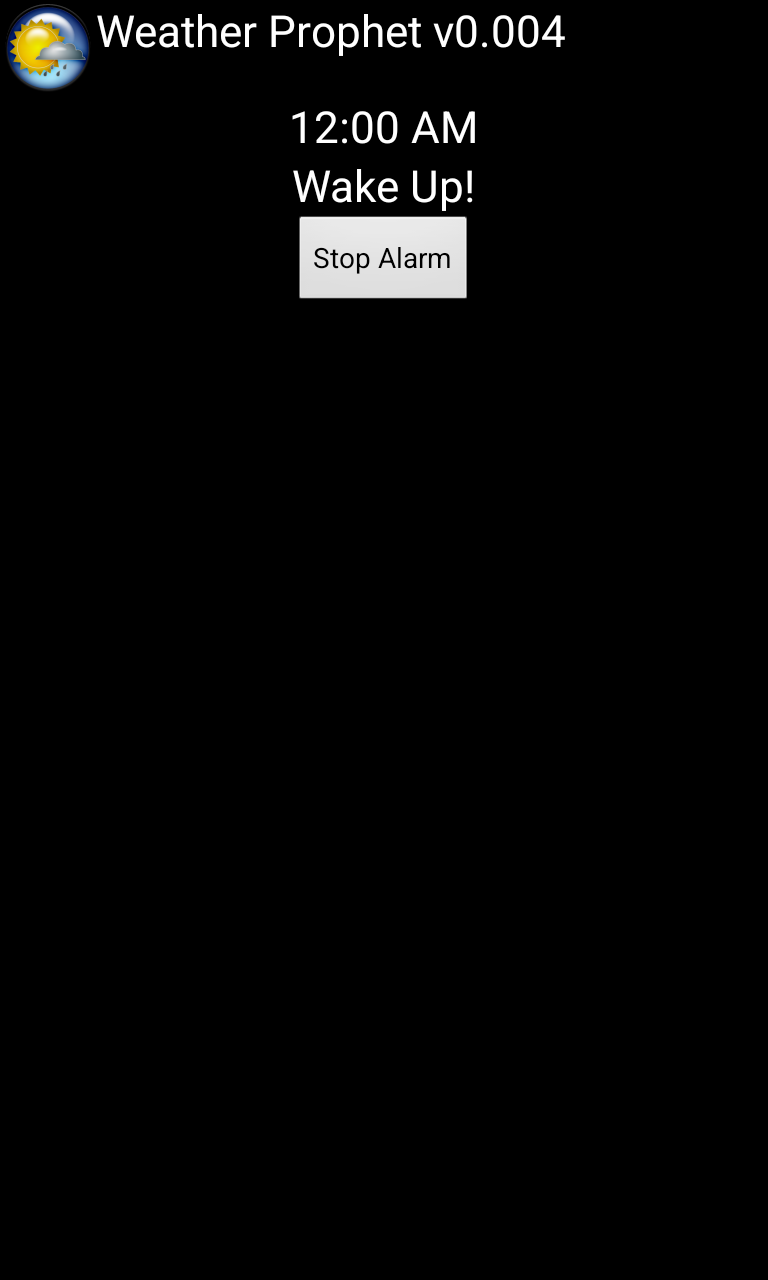
Repository: kaleidos/Weather-Prophet
Layout: android/WeatherProphet/res/layout/showalarm.xml
An editor plug-in stored every save of this project. The layout is shown before and after the next save, followed by the edit.
It is drawn on a 768 x 1280 px phone screen (xhdpi) without system bars, with theme android:Theme; the app's code is not run.

Above is the layout before, as saved 2011-12-15 16:57:14.

After the next save:
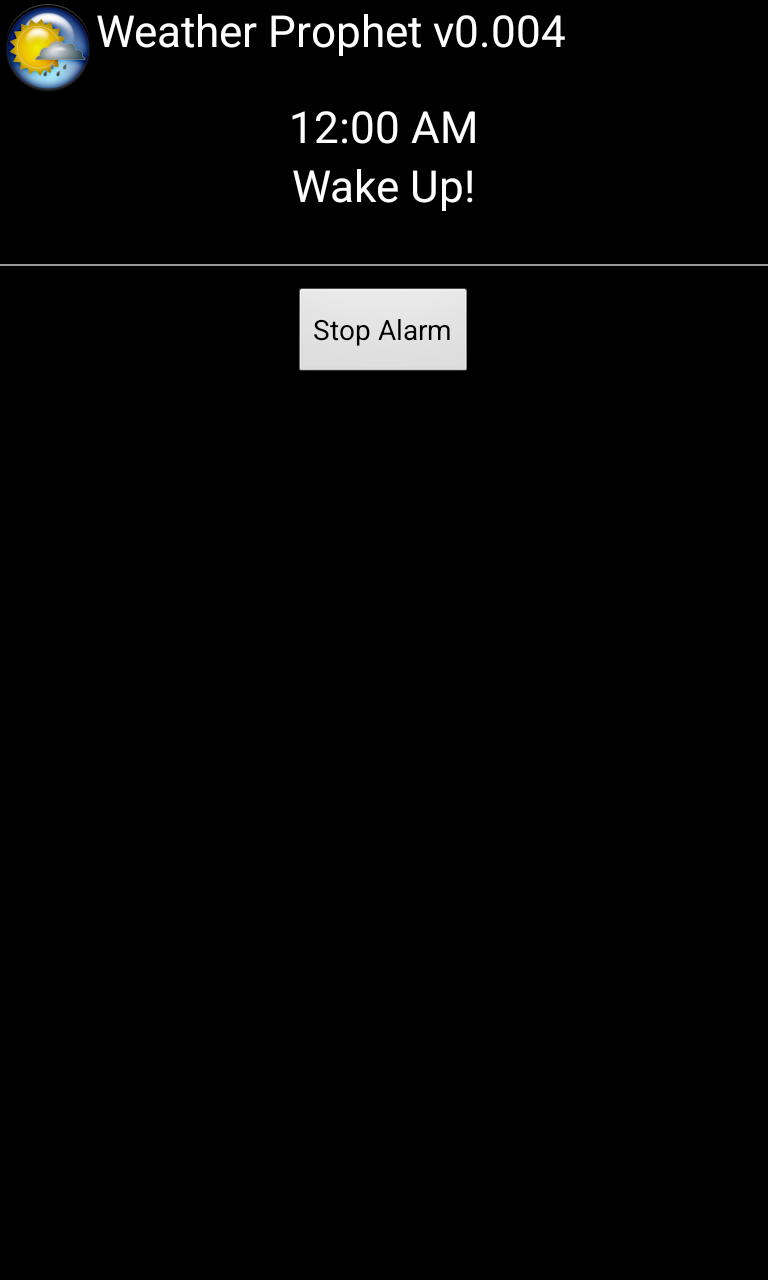
Saved 62 s later.
--- a/android/WeatherProphet/res/layout/showalarm.xml
+++ b/android/WeatherProphet/res/layout/showalarm.xml
@@ -6,32 +6,30 @@
     android:orientation="vertical" >
 
     <LinearLayout
+        android:layout_width="fill_parent"
+        android:layout_height="wrap_content"
+        android:gravity="fill_horizontal" >
+
+        <ImageView
+            android:id="@+id/imageView1"
+            android:layout_width="wrap_content"
+            android:layout_height="wrap_content"
+            android:src="@drawable/ic_weather_prophet"
+            android:textAppearance="?android:attr/textAppearanceMedium" />
+
+        <TextView
             android:layout_width="fill_parent"
             android:layout_height="wrap_content"
-            android:gravity="fill_horizontal" >
-
-            <ImageView
-                android:id="@+id/imageView1"
-                android:layout_width="wrap_content"
-                android:layout_height="wrap_content"
-                android:src="@drawable/ic_weather_prophet"
-                android:textAppearance="?android:attr/textAppearanceMedium" />
-
-            <TextView
-                android:layout_width="fill_parent"
-                android:layout_height="wrap_content"
-                android:text="@string/hello"
-                android:textAppearance="?android:attr/textAppearanceLarge" />
-        </LinearLayout>
+            android:text="@string/hello"
+            android:textAppearance="?android:attr/textAppearanceLarge" />
+    </LinearLayout>
 
     <DigitalClock
         android:id="@+id/digitalClock1"
         android:layout_width="wrap_content"
         android:layout_height="wrap_content"
         android:text="DigitalClock"
-        android:textAppearance="?android:attr/textAppearanceLarge"/>
-
-
+        android:textAppearance="?android:attr/textAppearanceLarge" />
 
     <TextView
         android:id="@+id/textView1"
@@ -39,12 +37,20 @@
         android:layout_height="wrap_content"
         android:text="@string/wake_up"
         android:textAppearance="?android:attr/textAppearanceLarge" />
+
+    <ImageView
+        android:id="@+id/imageView1"
+        android:layout_width="fill_parent"
+        android:layout_height="1dp"
+        android:layout_marginBottom="10dp"
+        android:layout_marginTop="25dp"
+        android:background="#999999" />
+
     <Button
         android:id="@+id/button1"
         android:layout_width="wrap_content"
         android:layout_height="wrap_content"
-        android:text="@string/stop_alarm"
         android:onClick="stopAlarm"
-         />
+        android:text="@string/stop_alarm" />
 
 </LinearLayout>
